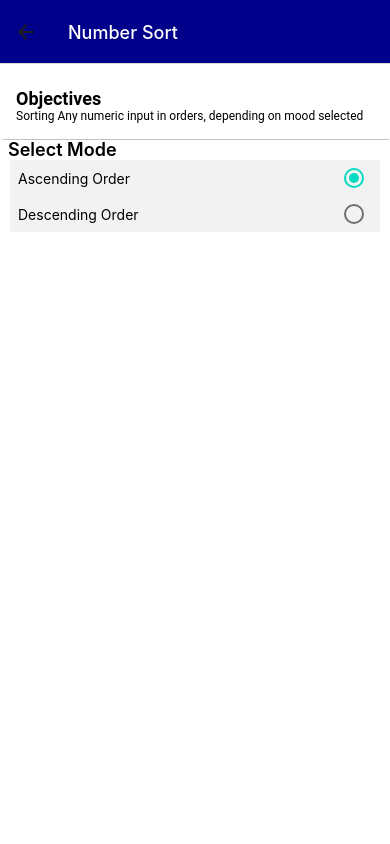
Repository: seyicoded/rn-crazy-algorithm-app
Screen: /Sort_simple_number
The author's editor kept a copy of each file at every save. The screen is drawn from the files as they stood at one save, then again after the next save.
The app was drawn by React Native's web renderer in a window 390 px wide. The project was rebuilt for these pictures with package versions that can differ from the ones it lists, and the page was loaded fresh each time. Also part of the build but not shown: src/screens/sort.js, src/screens/filter.js, src/screens/advance.js, src/screens/sorts/Sort_alphabet.js.

Above is the screen before, as saved 2022-03-30 17:51:30.

### App.js
import 'react-native-gesture-handler';
import { StatusBar } from 'expo-status-bar';
import { StyleSheet, Text, View } from 'react-native';
import Main from './src/main'
export default function App() {
  return (
    <View style={styles.container}>
      <Main />
      <StatusBar style="auto" />
    </View>
  );
}

const styles = StyleSheet.create({
  container: {
    flex: 1,
    backgroundColor: '#fff',
  },
});

### src/main.js
import { View, Text } from 'react-native'
import React from 'react'
import {NavigationContainer} from '@react-navigation/native'
import {createStackNavigator} from '@react-navigation/stack'
import Home from './screens/index'
import Sort from './screens/sort'
import Filter from './screens/filter'
import Advance from './screens/advance'
import Sort_simple_number from './screens/sorts/Sort_simple_number'
import Sort_alphabet from './screens/sorts/Sort_alphabet'

const StackNav = createStackNavigator()

export default function Main() {
  return (
    <NavigationContainer>
        <StackNav.Navigator>
            <StackNav.Screen name="Home" options={{headerMode: 'none'}} component={Home} />
            <StackNav.Screen name="Filter" options={{headerMode: 'none'}} component={Filter} />
            <StackNav.Screen name="Sort" options={{headerMode: 'none'}} component={Sort} />
            <StackNav.Screen name="Advance" options={{headerMode: 'none'}} component={Advance} />

            {/* sort aspect */}
            <StackNav.Screen name="Sort_simple_number" options={{title: 'Number Sort', headerStyle: {backgroundColor: 'darkblue', color: 'white'}, headerTitleStyle: {color: 'white'}}} component={Sort_simple_number} />
            <StackNav.Screen name="Sort_alphabet" options={{title: 'Alphabet Sort', headerStyle: {backgroundColor: 'darkblue', color: 'white'}, headerTitleStyle: {color: 'white'}}} component={Sort_alphabet} />
        </StackNav.Navigator>
    </NavigationContainer>
  )
}

### src/screens/index.js
import { View, Text, StyleSheet, FlatList, TouchableOpacity } from 'react-native'
import React, {useState, useEffect, useRef} from 'react'
import Header from '../layout/header'
import { List, Avatar, Card, Title, Paragraph, Button } from 'react-native-paper';

const data = [
    {
        id: 'Sort',
        image: 'https://picsum.photos/700',
        title: 'Sort',
    },
    {
        id: 'Filter',
        image: 'https://picsum.photos/700',
        title: 'Filter',
    },
    {
        id: 'Advance',
        image: 'https://picsum.photos/700',
        title: 'Advance',
    },
]

export default function Index({route, navigation}) {
    const [color, setColor] = useState('darkblue');
    var timer = null;
    var ColorChanger = useRef('darkblue');


    useEffect(()=>{
        timer = setInterval(()=>{
            // console.log('.')
            ColorChanger.current = (ColorChanger.current == 'darkblue') ? 'darkred' : 'darkblue';
            setColor(ColorChanger.current);
        }, 1000);
        return ()=>{
            clearInterval(timer);
        }
    }, [])

    const styles = StyleSheet.create({
        container: {
          flex: 1,
          width: '100%',
          backgroundColor: '#fff',
        },
        header: {
            fontSize: 16,
            textAlign: 'center',
            marginTop: 20,
            marginBottom: 20,
            color: color,
            fontWeight: '700',
        },
        list: {
            width: '100%',
        },
        card: {
            // backgroundColor: 'red',
            margin: 20,
            shadowColor: '#000',
            shadowOffset: { width: 0, height: 2 },
            shadowOpacity: 0.8,
            elevation: 4
        }
    });

    return (
        <View style={styles.container}>
            <Header title="Home" visible={false} navigation={navigation} />
            <Text style={styles.header}>Let's Prep Shall We</Text>

            <FlatList
                data={data}
                style={styles.list}
                renderItem={({ item }) => {
                    return (
                        <TouchableOpacity onPress={() => navigation.navigate(item.id, {title: item.title})}>
                            <Card style={styles.card}>
                                <Card.Cover source={{ uri: item.image }} />
                                {/* <Card.Actions style={{justifyContent: 'center'}}>
                                    <Button onPress={()=>navigation.navigate(item.id)}>{item.title}</Button>

                                </Card.Actions> */}

                                <Card.Content style={{justifyContent: 'center'}}>
                                    <Title style={{textAlign: 'center', marginTop:12, color: 'darkblue'}}>{item.title}</Title>
                                </Card.Content>
                            </Card>
                        </TouchableOpacity>
                    )
                }}
                numColumns={1}
            />

            {/* <Card>
                <Card.Cover source={{ uri: 'https://picsum.photos/700' }} />

                <Card.Content>
                    <Title>Card title</Title>
                </Card.Content>
            </Card> */}

        </View>
    )
}

### src/screens/sorts/Sort_simple_number.js
import { StyleSheet, Text, View, TouchableOpacity } from 'react-native'
import React from 'react'
import { Banner, RadioButton, TextInput } from 'react-native-paper';

export default function Sort_simple_number() {
    const [value, setValue] = React.useState('ascending');
  return (
    <View style={styles.container}>
        <Banner
            visible={true}
            actions={[
            ]}
            >
                <View>
                    <Text style={{fontWeight: '600', fontSize: 18}}>Objectives</Text>
                    <Text />
                    <Text style={{fontSize: 12}}>Sorting Any numeric input in orders, depending on mood selected</Text>
                </View>
        </Banner>
        <Text />
        <Text style={styles.title_element}>Select Mode</Text>

        <RadioButton.Group onValueChange={newValue => setValue(newValue)} value={value}>
            <TouchableOpacity onPress={()=>setValue('ascending')}>
                <View style={styles.radio}>
                    <Text>Ascending Order</Text>
                    <RadioButton value="ascending" />
                </View>
            </TouchableOpacity>
            <TouchableOpacity onPress={()=>setValue('descending')}>
                <View style={styles.radio}>
                    <Text>Descending Order</Text>
                    <RadioButton value="descending" />
                </View>
            </TouchableOpacity>
        </RadioButton.Group>

        <Text />
    </View>
  )
}

const styles = StyleSheet.create({
    container: {
        flex: 1,
        backgroundColor: '#fff',
    },
    title_element: {
        fontWeight: '600',
        fontSize: 18,
        paddingLeft: 8
    },
    radio: {
        flexDirection: 'row',
        justifyContent: 'space-between',
        alignItems: 'center',
        marginHorizontal: 10,
        backgroundColor: 'rgba(0, 0, 0, 0.05)',
        paddingHorizontal: 8,
    }
})

### src/layout/header.js
import { View, Text } from 'react-native'
import React, {useState, useEffect} from 'react'
import { Appbar } from 'react-native-paper';

export default function Header({title, visible, navigation}) {
    // const [visible, setVisible] = useState(false);

    if(visible){
        return (
            <Appbar.Header style={{backgroundColor: 'darkblue'}}>
                {
                    (visible) ?
                    <Appbar.BackAction onPress={()=>navigation.goBack()} />
                    :<></>
                }
                <Appbar.Content title={title} />
            </Appbar.Header>
          )
    }else{
        return (
            <Appbar.Header style={{backgroundColor: 'darkblue'}}>
                <Appbar.Content title={title} />
            </Appbar.Header>
          )
    }

}

After the next save:
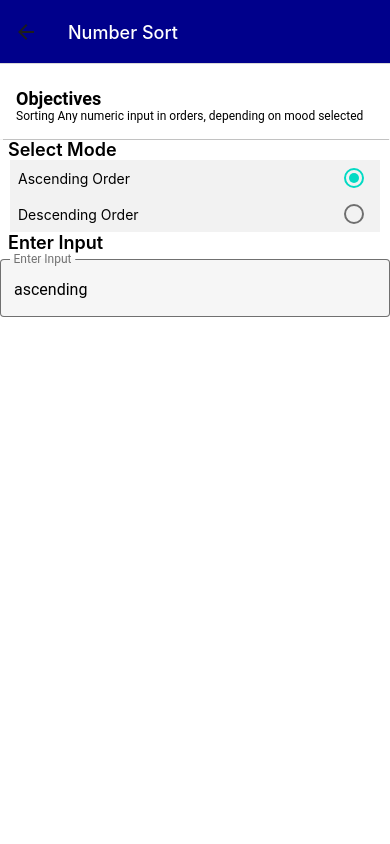
Saved 2 min 9 s later.
--- a/src/screens/sorts/Sort_simple_number.js
+++ b/src/screens/sorts/Sort_simple_number.js
@@ -4,6 +4,7 @@ import { Banner, RadioButton, TextInput } from 'react-native-paper';
 
 export default function Sort_simple_number() {
     const [value, setValue] = React.useState('ascending');
+    const [unsortedVal, setunsortedVal] = React.useState('ascending');
   return (
     <View style={styles.container}>
         <Banner
@@ -36,6 +37,14 @@ export default function Sort_simple_number() {
         </RadioButton.Group>
 
         <Text />
+        <Text style={styles.title_element}>Enter Input</Text>
+        <TextInput
+            label='Enter Input'
+            mode='outlined'
+            style={styles.input}
+            value={unsortedVal}
+            onChangeText={text => setunsortedVal(text)}
+        />
     </View>
   )
 }
